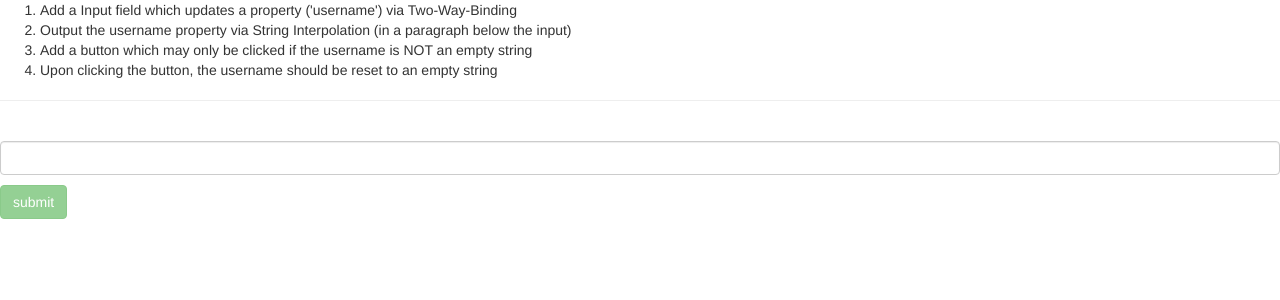
Repository: warrior1803-wang/Angular-Practices
Page: /
The author's editor kept a copy of each file at every save. The page is drawn from the files as they stood at one save, then again after a run of saves.
The browser window is 1280 px wide. The pictures show the whole page.
The project was rebuilt for these pictures with package versions that can differ from the ones it lists, and the page was loaded fresh each time. Also part of the build but not shown: angular.json.

Above is the page before, as saved 2022-11-01 22:16:37.

After the next 2 saves:
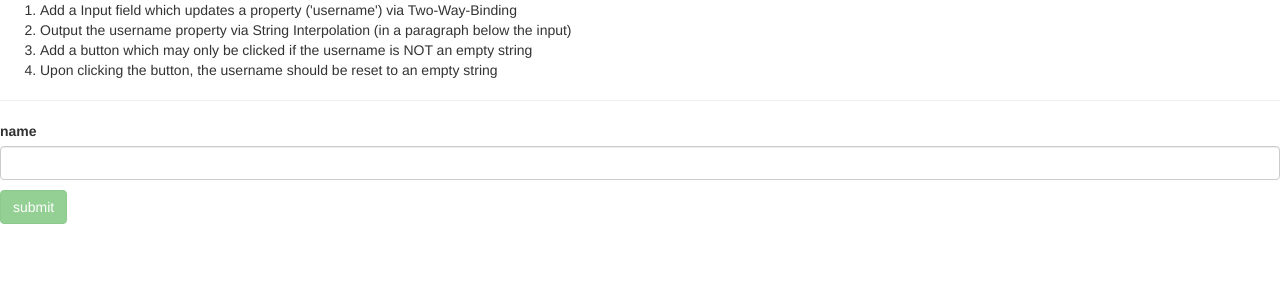
The 2 saves are shown as one change because they came seconds apart.
The last was saved 7 s later.
--- a/src/app/app.component.html
+++ b/src/app/app.component.html
@@ -5,7 +5,7 @@
   <li>Upon clicking the button, the username should be reset to an empty string</li>
 </ol>
 <hr>
-<label for=""></label>
+<label for="username">name</label>
 <input type="text" class="form-control"
 [(ngModel)]="username">
 <p>{{username}}</p>
